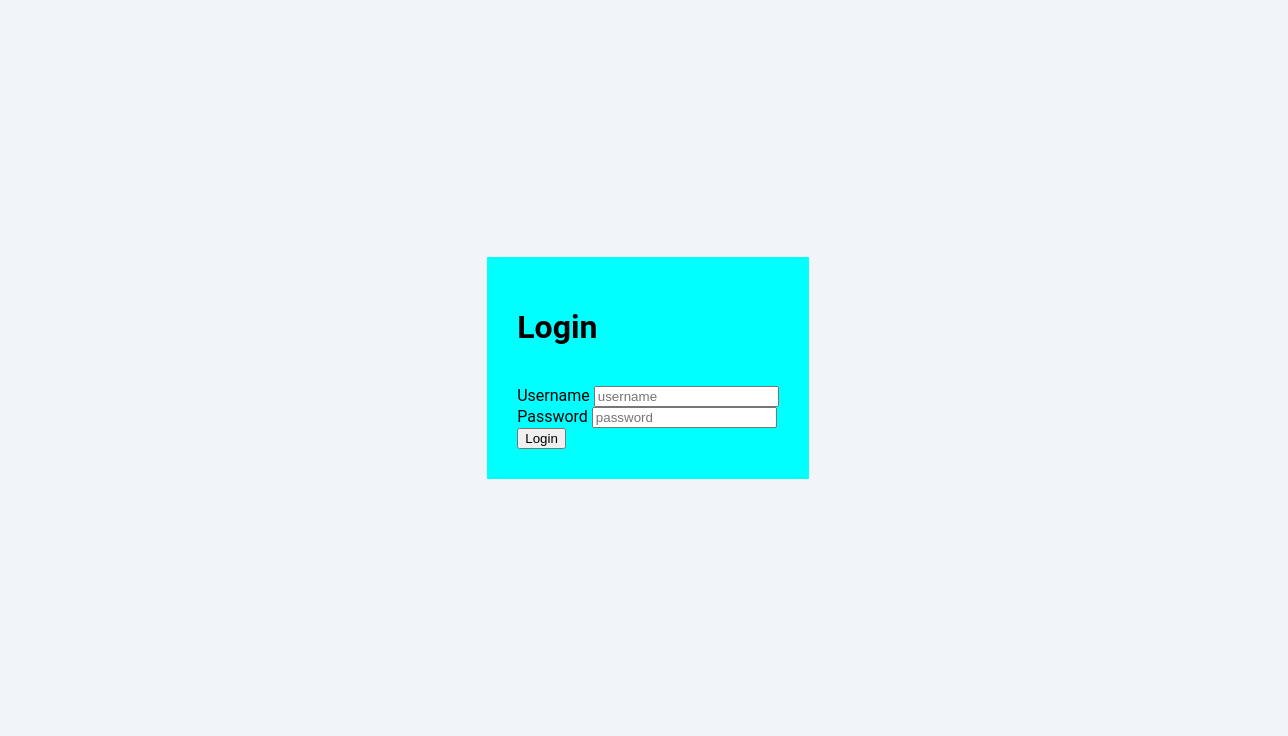
Repository: musdalifahzahra/Projek-Akhir-PWD-2026
Page: http://localhost/1-login.php
These files come from the project's save history. The page is drawn as it stood at one moment and after the next save; the edit follows.
The browser window is 1280 px wide. The page is 1288 px wide, so the pictures cover 1288 px, including what lies to the right of the window. The pictures show the whole page.
The page is run by PHP 8.4 with error messages shown; the project is at /var/www/html/.

Above is the page before, as saved 2026-04-10 20:31:34.

### 1-login.php
<?php
session_start();
$error = false;

if ($_SERVER["REQUEST_METHOD"] == "POST") {
    //php variabel
    $username = $_post["username"];
    $password = $_post["password"];

    //cek informasi login
    if ($username === "a" and $password === "a") {
        $_SESSION["username"] = $_POST["username"];
        $_SESSION["password"] = $_POST["password"];
        exit();
    } else {
        $error = true;
    }
}
?>

<!DOCTYPE html>
<html lang="en">

<head>
    <meta charset="UTF-8">
    <meta name="viewport" content="width=device-width, initial-scale=1.0">
    <title>Document</title>
    <link rel="stylesheet" href="template-css.css">
    <link rel="stylesheet" href="1-login-css.css">
</head>

<body>
    <div class="login">
        <h1>Login</h1> <br>
        <div class="form_login">
            <form action="2-dashboard.php" method="post">
                <!-- username -->
                <label for="username">Username</label>
                <input type="text" name="username" id="username" placeholder="username"><br>
                <!-- password -->
                <label for="password">Password</label>
                <input type="text" name="password" id="password" placeholder="password">
                <div class="pesan_error">
                    <?php if ($error === true) { ?>
                        <span>Ussername atau Password salah</span>
                    <?php } ?>
                </div>
                <button type="submit">Login</button>
            </form>
        </div>
    </div>
</body>

</html>

### template-css.css
:root {
  --color-nav: #1e293b;
  --color-bag-web: #F1F5F9;
  --color-card: #ffffff;
  --color-belum-dipencet: #94a3b8;
  --color-kurson: #cbd5e1;
  --color-tulisan-utama: #334155;
  --color-pemasukan: #10b981;
  --color-pengeluaran: #ef4444;
  --color-border: #e2e8f0;
  --color-border-card: #cbd5e1;
  --color-input: #F8FAFC;
}

body {
  font-family: "Roboto", sans-serif;
}

nav {
  background-color: var(--color-nav);
  height: 60px;
  display: flex;
  align-items: center;
  justify-content: space-between;
  padding: 0px 50px;
  z-index: 1;
}

nav span {
  color: var(--color-card);
}

nav ul {
  padding: 0px;
  margin: 0px;
  display: flex;
  gap: 20px;
}
nav li {
  margin-right: 5px;
  display: inline;
  font-style: none;
}

nav a {
  color: var(--color-belum-dipencet);
  text-decoration: none;
}

.nav-active {
  color: var(--color-card);
  text-decoration: underline;
  text-underline-offset: 5px;
}

nav a:hover {
  color: var(--color-kurson);
}
body {
  background-color: var(--color-bag-web);
}

### 1-login-css.css
body {
  height: 100vh;
  width: 100%;
  display: flex;
  justify-content: center;
  align-items: center;
}

.login{
    padding: 30px;
    background-color: aqua;
    /* width: 500px;
    height: 500px; */
}

After the next save:
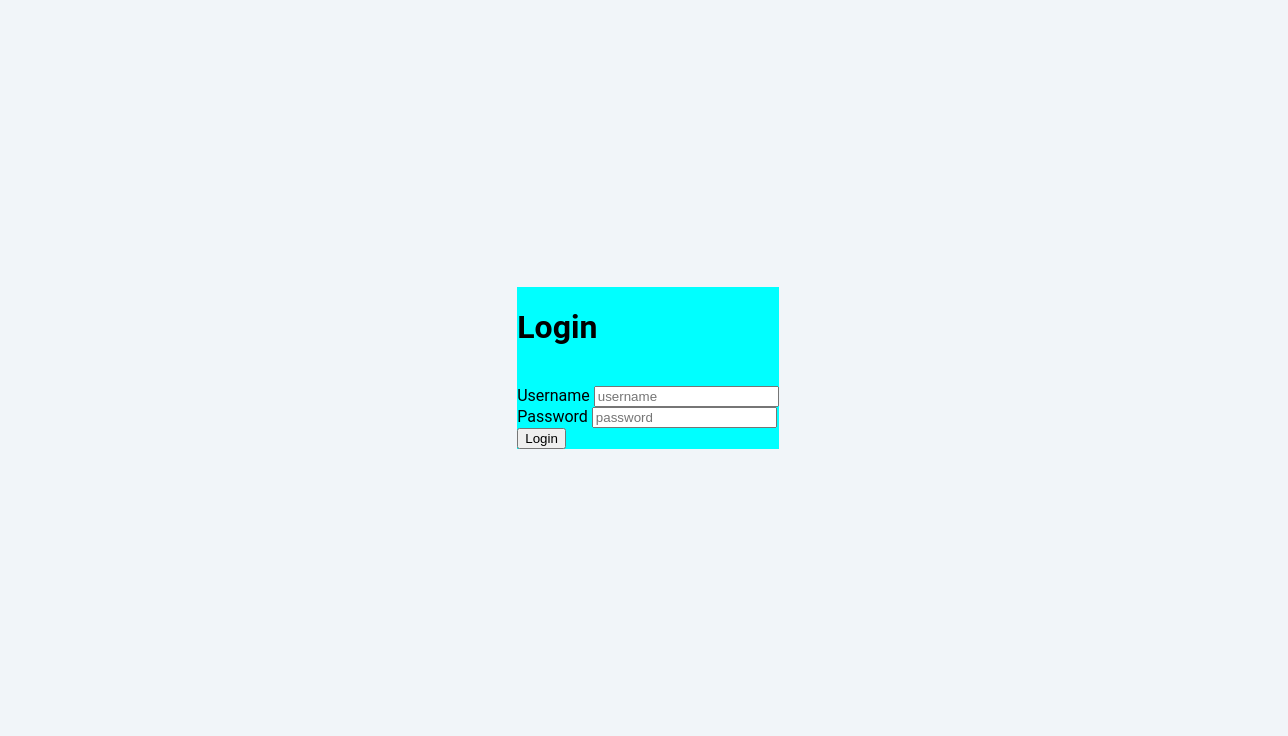
Saved 21 s later.
--- a/1-login-css.css
+++ b/1-login-css.css
@@ -7,7 +7,7 @@ body {
 }
 
 .login{
-    padding: 30px;
+    padding: 100 50px;
     background-color: aqua;
     /* width: 500px;
     height: 500px; */
